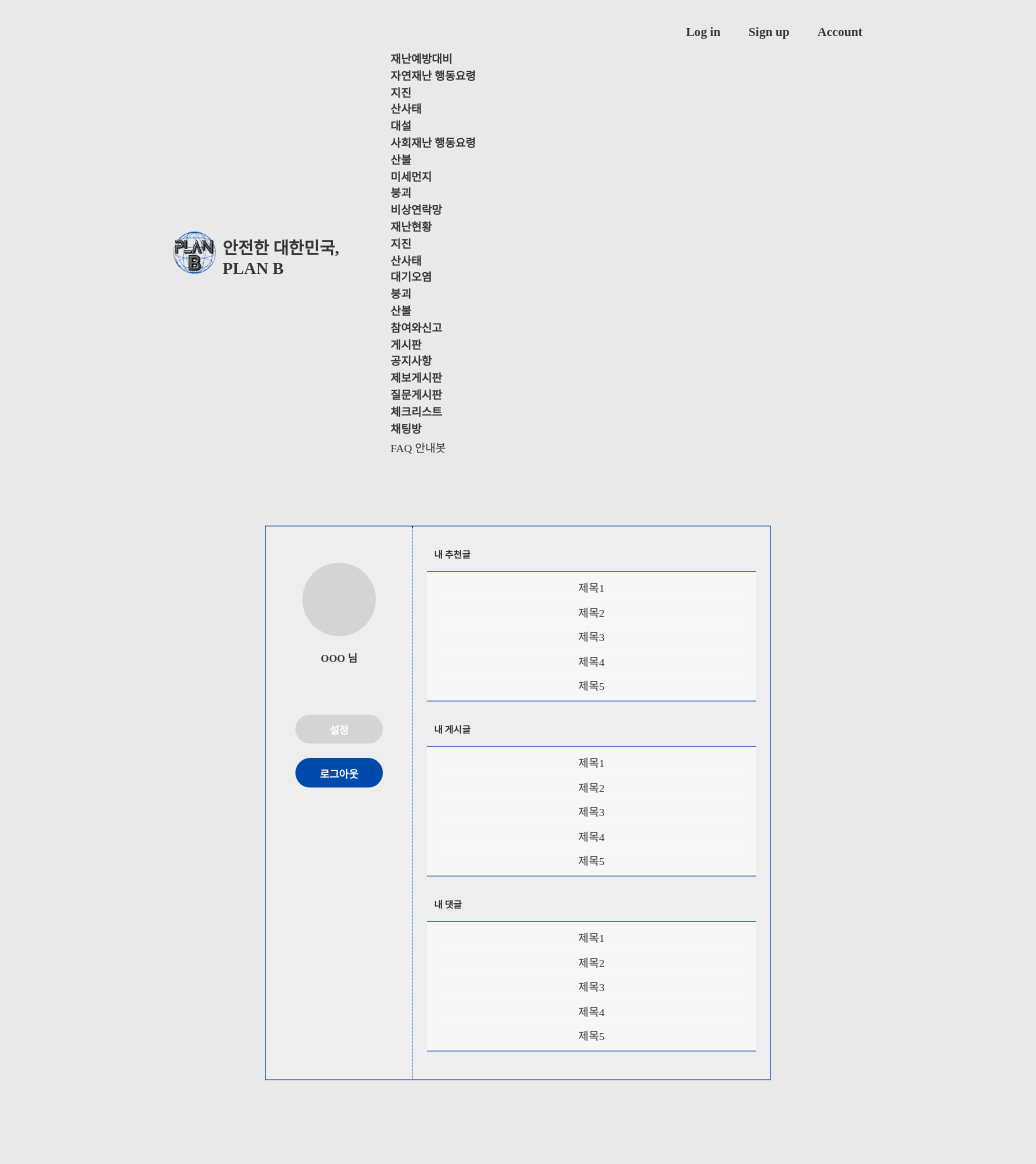
Repository: finalteam4/final
Page: http://localhost/member/account
An editor plug-in stored every save of this project. The page is shown before and after the next save, followed by the edit.
The browser window is 1280 px wide. The page is 1480 px wide, so the pictures cover 1480 px, including what lies to the right of the window. The pictures show the whole page, at 70% of full size.
The page is this project's Thymeleaf template; nobody is signed in. The template is opened directly, without the code that normally fills it, so the values that code supplies are empty.

Above is the page before, as saved 2024-02-08 03:06:06.

After the next save:
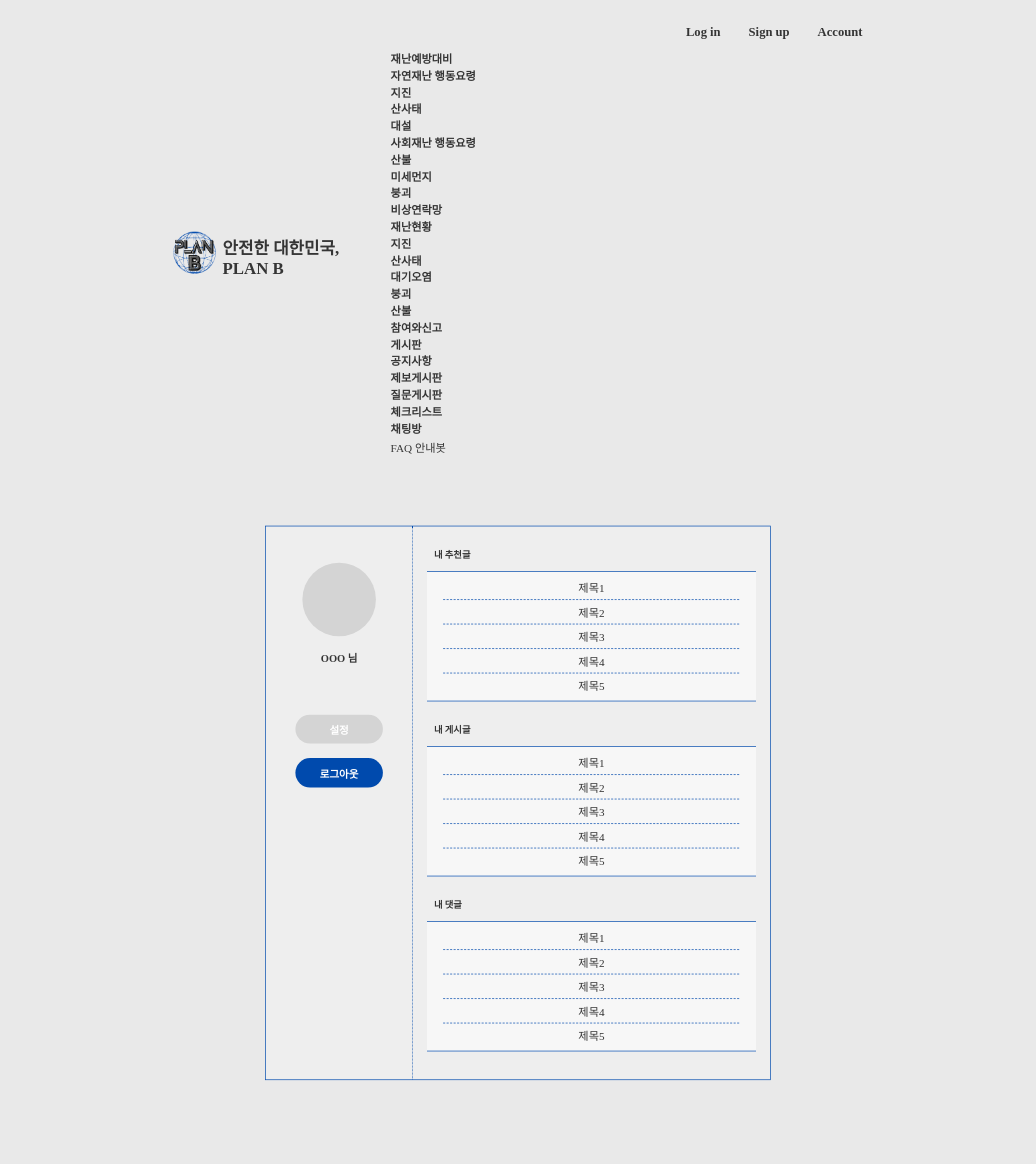
Saved 10 s later.
--- a/final/src/main/resources/static/css/style.css
+++ b/final/src/main/resources/static/css/style.css
@@ -249,7 +249,7 @@ ul li{list-style: none;}
   #right .mcontent p{
 	padding: 5px 0px;
     width: 90%;
-    border-bottom: 1px dashed white;
+    border-bottom: 1px dashed #004aad;
     text-align: center;
   }
 #right .mcontent p:last-child {
